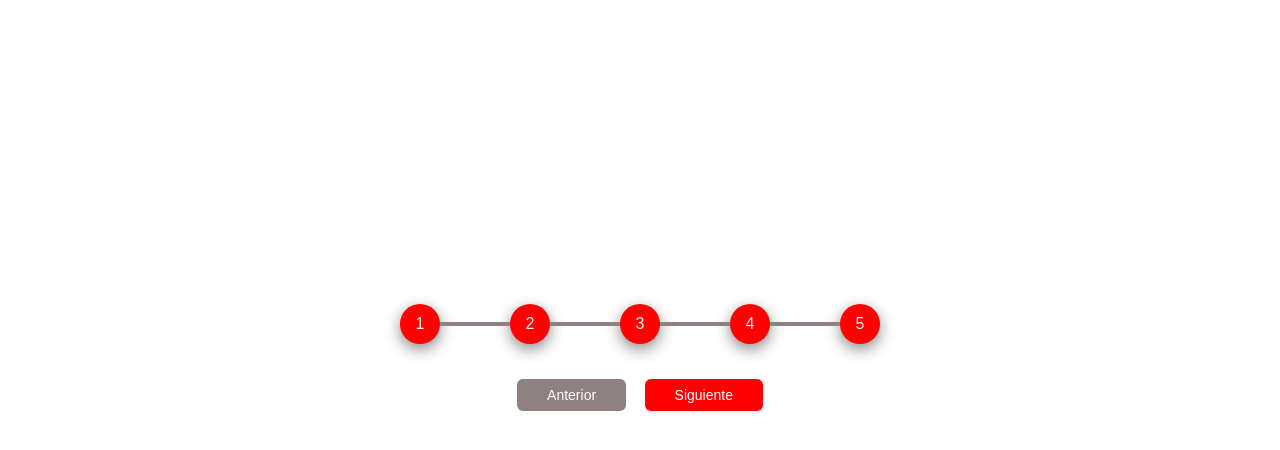
Repository: ElideZavala/Linea-de-tiempo
Page: index.html
The author's editor kept a copy of each file at every save. The page is drawn from the files as they stood at one save, then again after the next save.
The browser window is 1280 px wide. The pictures show the whole page.
Some web fonts or font styles are not loaded; a fallback is used.

Above is the page before, as saved 2021-05-28 09:59:39.

### index.html
<!DOCTYPE html>
<html lang="en">
<head>
	<meta charset="UTF-8">
	<meta http-equiv="X-UA-Compatible" content="IE=edge">
	<meta name="viewport" content="width=device-width, initial-scale=1.0">
	<link rel="stylesheet" href="style.css">
	<link rel="stylesheet" href="normalize.css">
	<title>Pasos de progreso </title>
</head>
<body>
	<div class="container">
		<div class="progress-container">
			<div class="sombra3d"></div>
			<div class="progress" id="progress"></div>
			<div class="circle active">1
				<div class="sombra3d"></div>
			</div>
			<div class="circle">2</div>
			<div class="circle">3</div>
			<div class="circle">4</div>
			<div class="circle">5</div>
		</div>

		<button class="btn" id="prev" disabled>Anterior</button>
		<button class="btn" id="next">Siguiente</button>
		<script src="script.js"></script>
	</div>
</body>
</html>

### style.css
/* @import url('https://fonts.googleapis.com/css2?family=Roboto:wght@400;700&display=swap'); */
@import url('https://fonts.googleapis.com/css?family=Muli&display=swap');


:root {
	--line-border-fill: red;
	--line-border-empty: rgb(144, 129, 129);
}

* {
	box-sizing: border-box;
}

body {
	font-family: 'Muli', sans-serif;
	display: flex;
	flex-direction: column;
	align-items: center;
	justify-content: center;
	height: 100vh;
	overflow: hidden;
	margin: 0;
}

.container {
	text-align: center;
}

.progress-container {
	display: flex;
	justify-content: space-between;
	position: relative;
	margin-bottom: 30px;
	max-width: 100%;
	width: 480px;
}

.progress-container::before {
	content: '';
	background-color: var( --line-border-empty);
	position: absolute;
	top: 50%;
	left: 0;
	transform: translateY(-50%);
	height: 4px;
	width: 100%;
	z-index: -1;
	transition: 0.4s ease;
}

.progress {
	background-color: var( --line-border-fill );
	position: absolute;
	top: 50%;
	left: 0;
	transform: translateY(-50%);
	height: 4px;
	width: 0%;
	z-index: -1;
	transition: 0.4s ease;
}

.circle {
	background-color: red;
	color: #eee;
	border-radius: 50%;
	height: 40px;
	width: 40px;
	display: flex;
	align-items: center;
	justify-content: center;
	/* border: 3px solid var( --line-border-empty ); */
	transition: .4s ease;
	-moz-animation: rotacion 10s infinite linear;
	box-shadow: 0px 5px 15px #888;
}

@-moz-keyframes rotacion{
	0% {
		background-position: 0px 0px;
	}
	100%{
		background-position: -160px 0px;
	}
}

.sombra3d {
	background: url("bola4.png");
	position: absolute;
	width: 40px;
	height: 40px;
}

.circle.active {
	border-color: red;
}

.btn {
	background-color: var(--line-border-fill);
	color: #fff;
	border: 0;
	border-radius: 6px;
	cursor: pointer;
	font-family: inherit;
	padding: 8px 30px;
	margin: 5px 7px;
	font-size: 14px;
}

.btn:active {
	transform: scale(0.98);
}

.btn:focus {
	outline: 0;
}

.btn:disabled {
	background-color: var( --line-border-empty );
	cursor: not-allowed;
}

### script.js
const progress = document.querySelector('#progress');
const prev = document.querySelector('#prev');
const next = document.querySelector('#next');
const circles = document.querySelectorAll('.circle');

let currentActive = 1

next.addEventListener('click', () => {
	currentActive++

	if (currentActive > circles.length) {
		currentActive = circles.length
	}

	update();
})

prev.addEventListener('click', () => {
	currentActive--

	if (currentActive < 1) {
		currentActive = 1;
	}

	update();
})

function update() {
	circles.forEach((circle, idx) => {
		if (idx < currentActive) {
			circle.classList.add('active');
		} else {
			circle.classList.remove('active');
		}
	})

	const actives = document.querySelectorAll('.active');
	console.log(actives.length)

	const percent = (actives.length - 1) / (circles.length - 1) * 100 + '%';

	progress.style.width = percent;

	if (currentActive === 1) {
		prev.disabled = true;
	} else if (currentActive === circles.length) {
		next.disabled = true;
	} else {
		prev.disabled = false;
		next.disabled = false;
	}
}

Loaded but not shown: normalize.css (library)

After the next save:
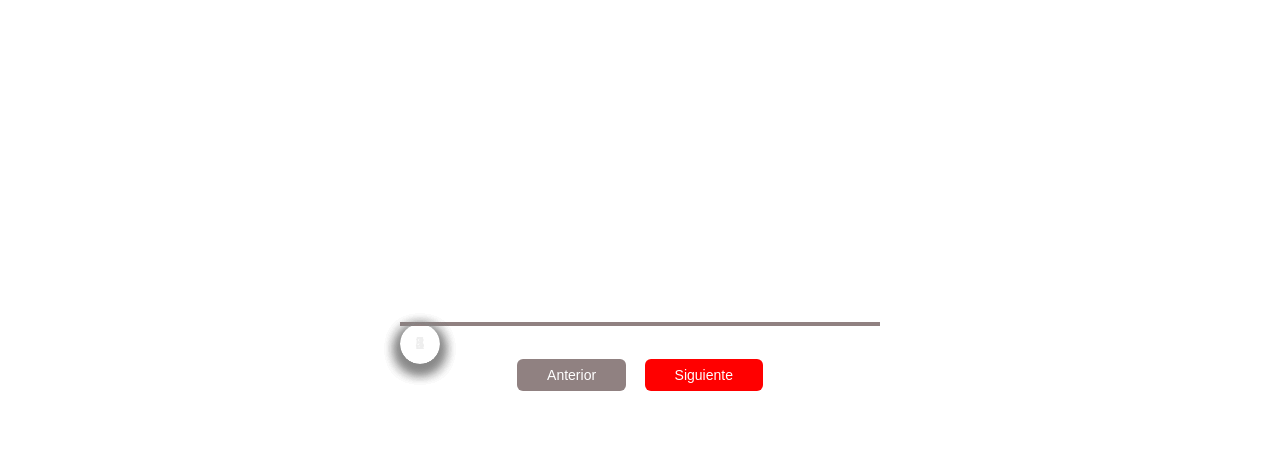
Saved 33 s later.
--- a/index.html
+++ b/index.html
@@ -11,15 +11,12 @@
 <body>
 	<div class="container">
 		<div class="progress-container">
-			<div class="sombra3d"></div>
 			<div class="progress" id="progress"></div>
-			<div class="circle active">1
-				<div class="sombra3d"></div>
-			</div>
-			<div class="circle">2</div>
-			<div class="circle">3</div>
-			<div class="circle">4</div>
-			<div class="circle">5</div>
+			<div class="circle active sombra3d">1</div>
+			<div class="circle sombra3d">2</div>
+			<div class="circle sombra3d">3</div>
+			<div class="circle sombra3d">4</div>
+			<div class="circle sombra3d">5</div>
 		</div>
 
 		<button class="btn" id="prev" disabled>Anterior</button>

After the 3 saves that followed:
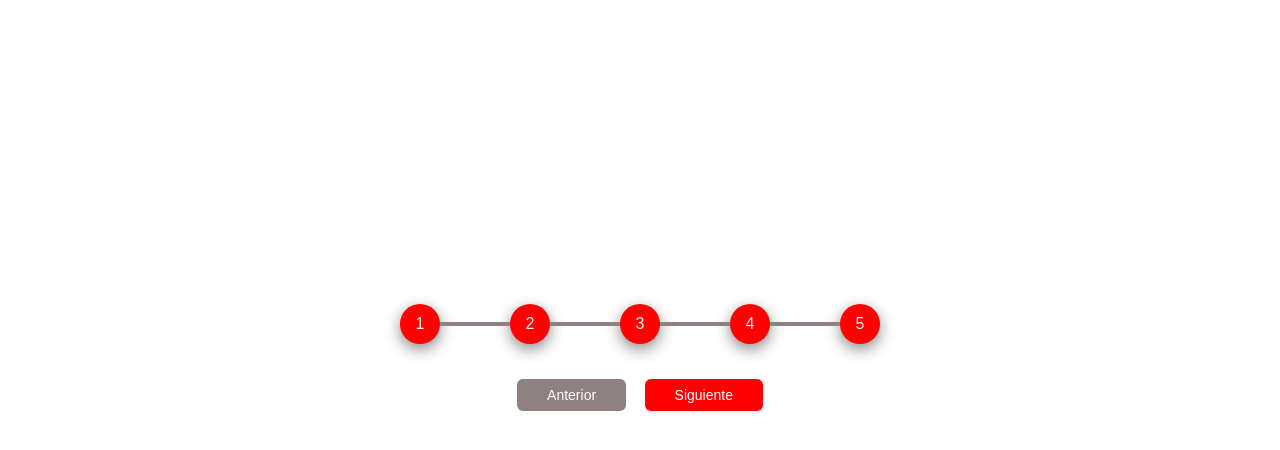
The 3 saves are shown as one change because 2 left the picture as it was.
The last was saved 49 s later.
--- a/index.html
+++ b/index.html
@@ -11,12 +11,13 @@
 <body>
 	<div class="container">
 		<div class="progress-container">
+			<div class="sombra3d"></div>
 			<div class="progress" id="progress"></div>
-			<div class="circle active sombra3d">1</div>
-			<div class="circle sombra3d">2</div>
-			<div class="circle sombra3d">3</div>
-			<div class="circle sombra3d">4</div>
-			<div class="circle sombra3d">5</div>
+			<div class="circle active">1</div>
+			<div class="circle">2</div>
+			<div class="circle">3</div>
+			<div class="circle">4</div>
+			<div class="circle">5</div>
 		</div>
 
 		<button class="btn" id="prev" disabled>Anterior</button>
